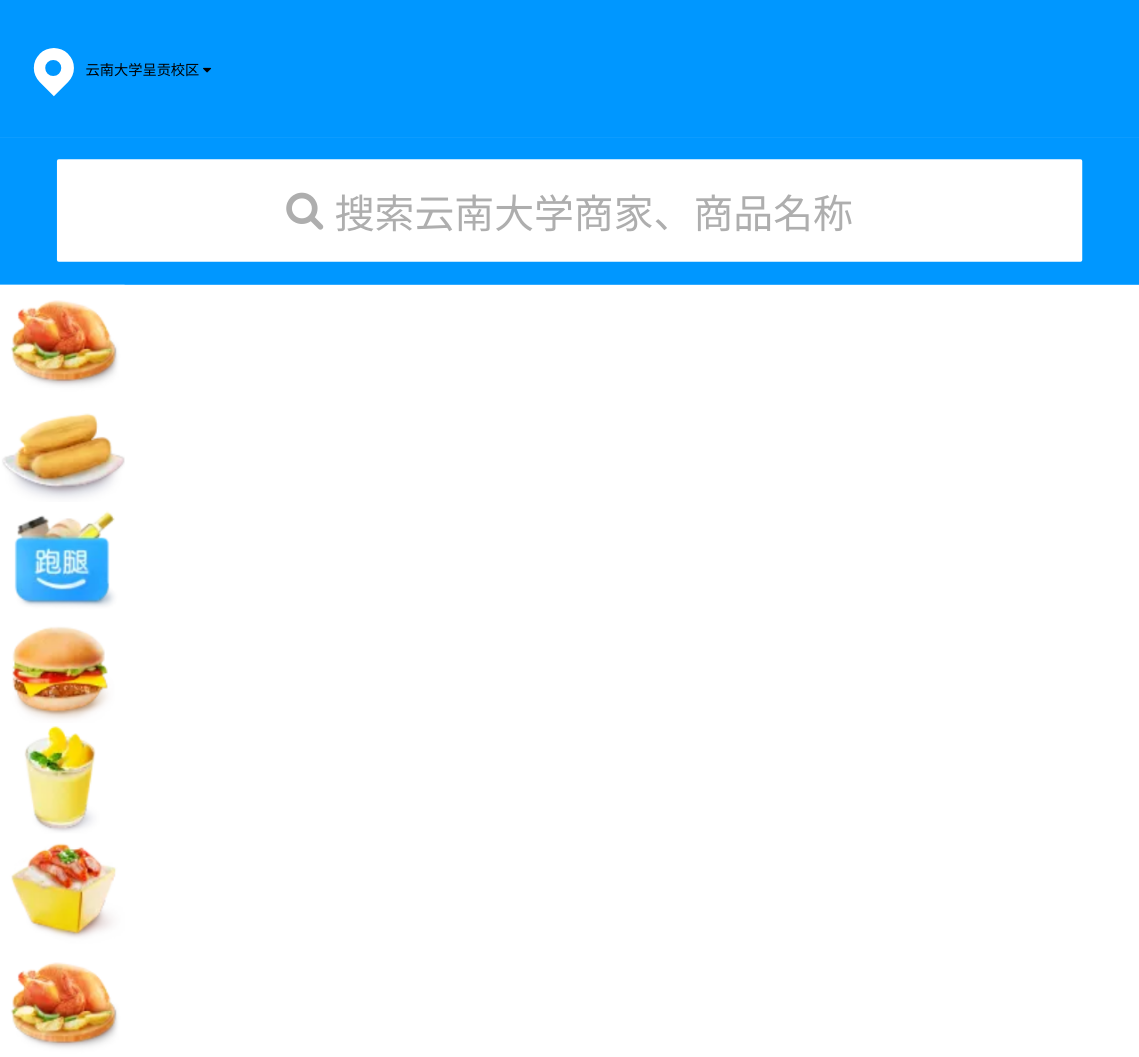
Repository: F000top/ele
Page: index.html
These files come from the project's save history. The page is drawn as it stood at one moment and after the next save; the edit follows.
The browser window is 1280 px wide. The pictures show the whole page, at 89% of full size.

Above is the page before, as saved 2022-06-07 21:25:34.

After the next save:
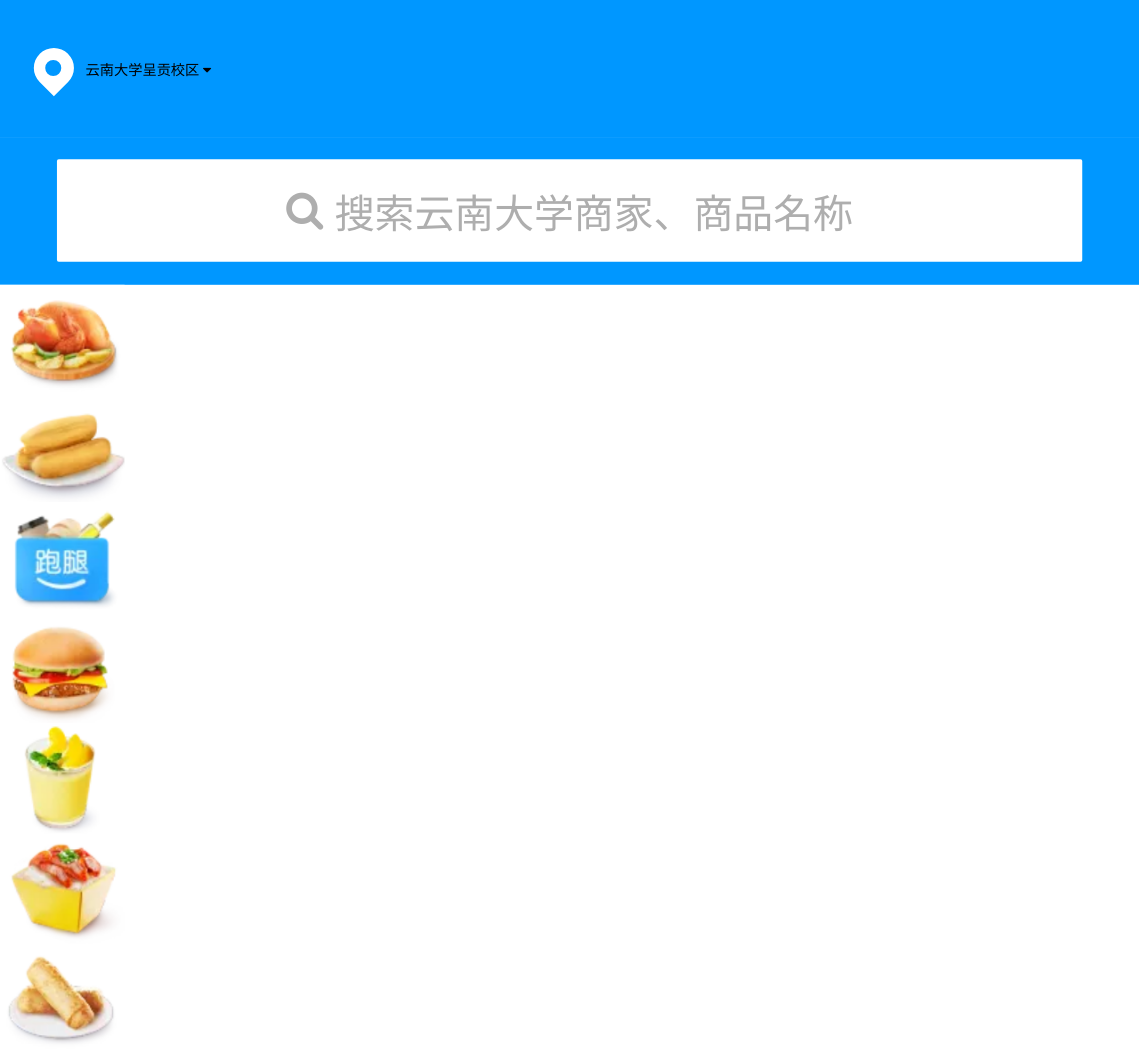
Saved 5 s later.
--- a/index.html
+++ b/index.html
@@ -74,7 +74,7 @@
                 <p></p>
             </li>
             <li>
-                <img src="img/dcfl01.png">
+                <img src="img/dcfl07.png">
                 <p></p>
             </li>
 
